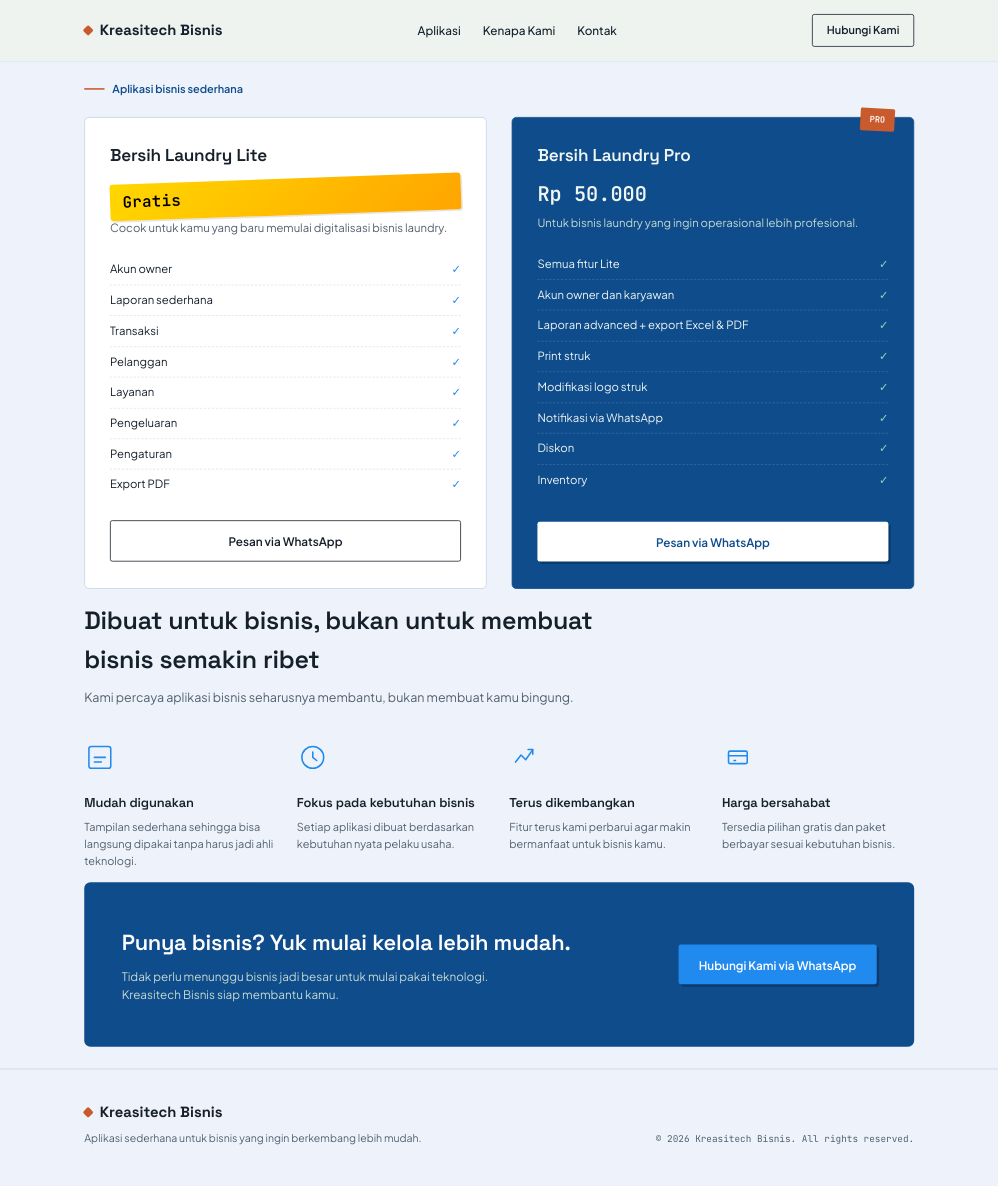
Repository: joao880hbhb/kreasitech
Page: produk/bersih-laundry.html
The author's editor kept a copy of each file at every save. The page is drawn from the files as they stood at one save, then again after the next save.
The browser window is 1280 px wide. The pictures show the whole page, at 78% of full size.

Above is the page before, as saved 2026-09-14 21:39:28.

After the next save:
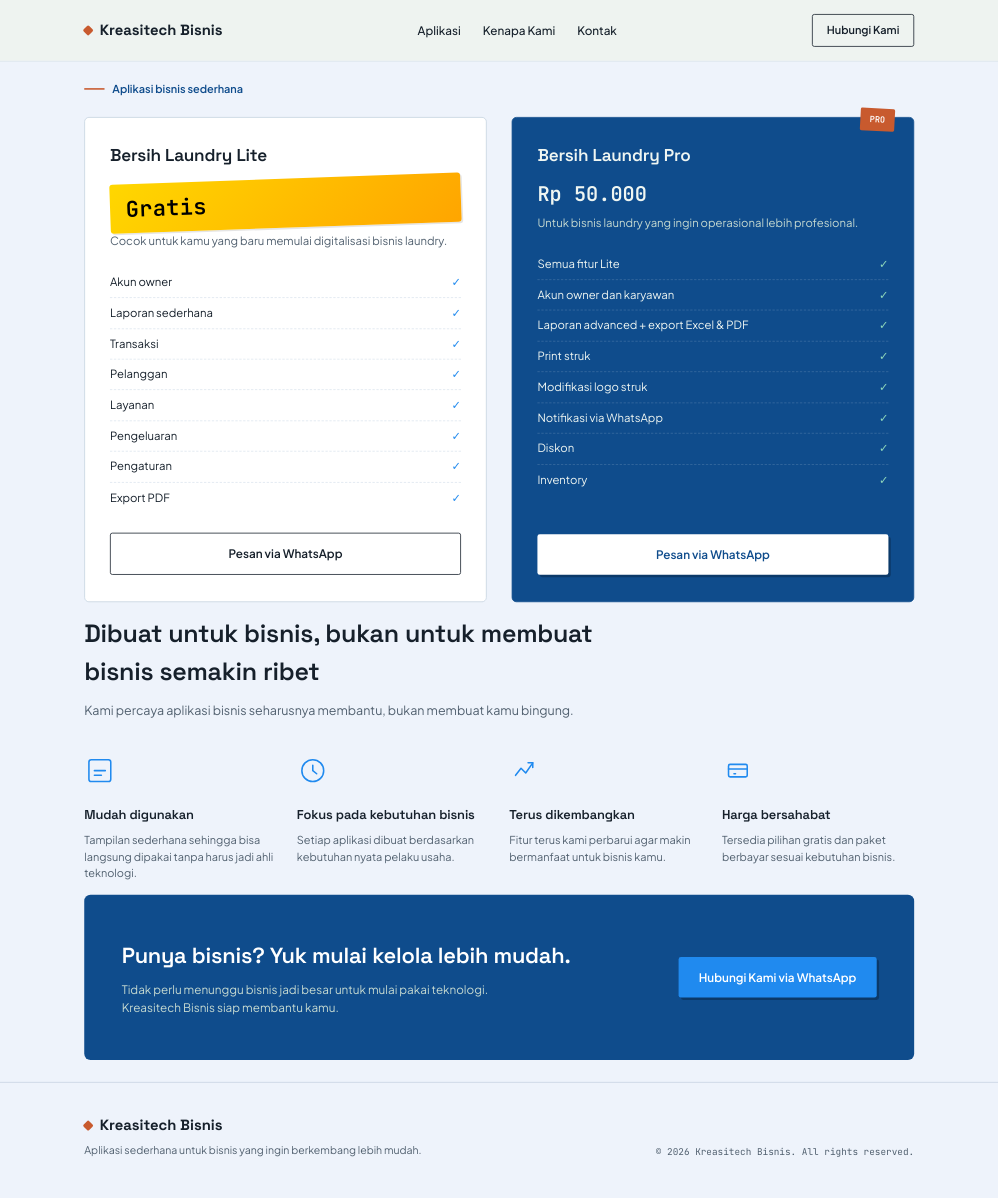
Saved 10 s later.
--- a/produk/bersih-laundry.html
+++ b/produk/bersih-laundry.html
@@ -201,6 +201,7 @@
     .plan{padding:28px 26px;}
     .plan h3{font-size:20px;}
     .plan .price{font-size:24px; margin:12px 0 6px;}
+    .plan .price.free{font-size:28px; padding:10px 20px;}
     .plan .sub{font-size:14px; margin-bottom:22px;}
     .plan ul{margin-bottom:26px;}
     .plan li{font-size:13.5px; padding:8px 0;}
